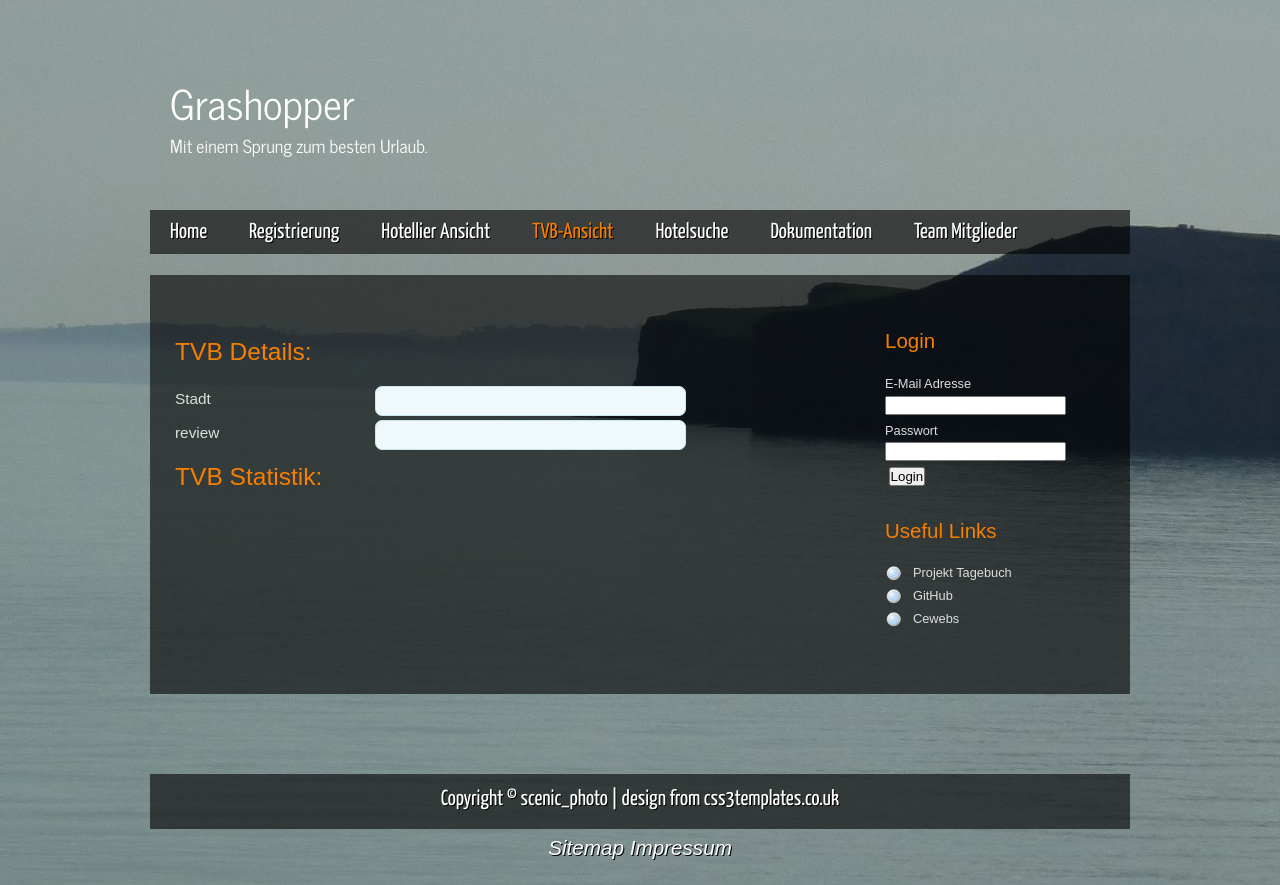
Repository: swe2013hotel2/grashopper
Page: http://localhost/Grasshopper/TVBansichtdetail.jsp
These files come from the project's save history. The page is drawn as it stood at one moment and after the next save; the edit follows.
The browser window is 1280 px wide. The pictures show the whole page.
Backgrounds fixed to the window are drawn as part of the page. The page is served by Tomcat 9.

Above is the page before, as saved 2013-12-16 16:41:01.
Console error: ReferenceError: jQuery is not defined

After the next save:
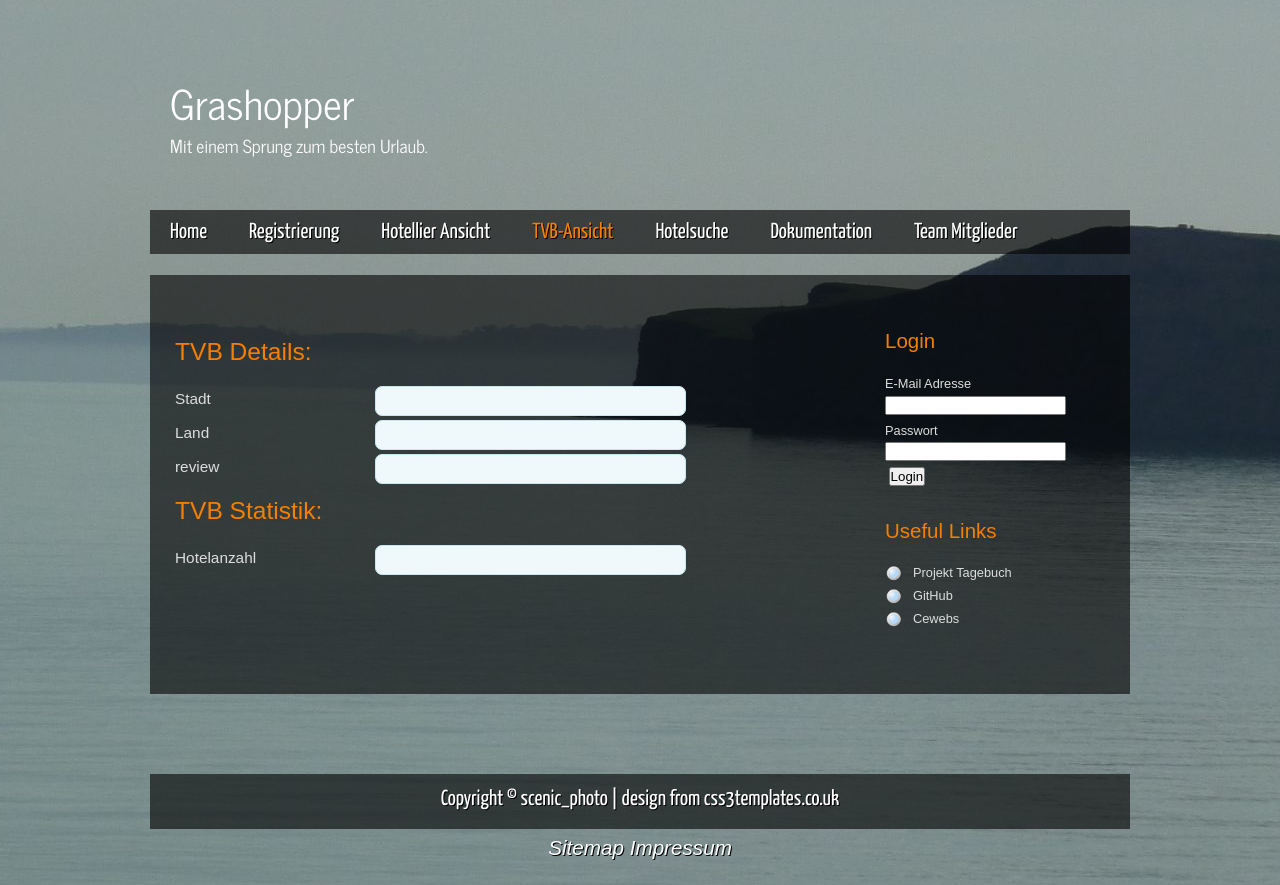
Saved 2 min 20 s later.
--- a/workspaceJSP2/Grasshopper/WebContent/TVBansichtdetail.jsp
+++ b/workspaceJSP2/Grasshopper/WebContent/TVBansichtdetail.jsp
@@ -10,9 +10,11 @@
 
 		 <h2>TVB Details:</h2>
 		<p><span>Stadt</span><input type="text" name="cityname" value="${cityname}" /></p>
+		<p><span>Land</span><input type="text" name="countryname" value="${countryname}" /></p>
 		<p><span>review</span><input type="text" name="review" value="${review}" /></p>
 
 		<h2>TVB Statistik:</h2>
+		<p><span>Hotelanzahl</span><input type="text" name="hotelanzahl" value="${hotelanzahl}" /></p>
 
       </div>
   </div>
